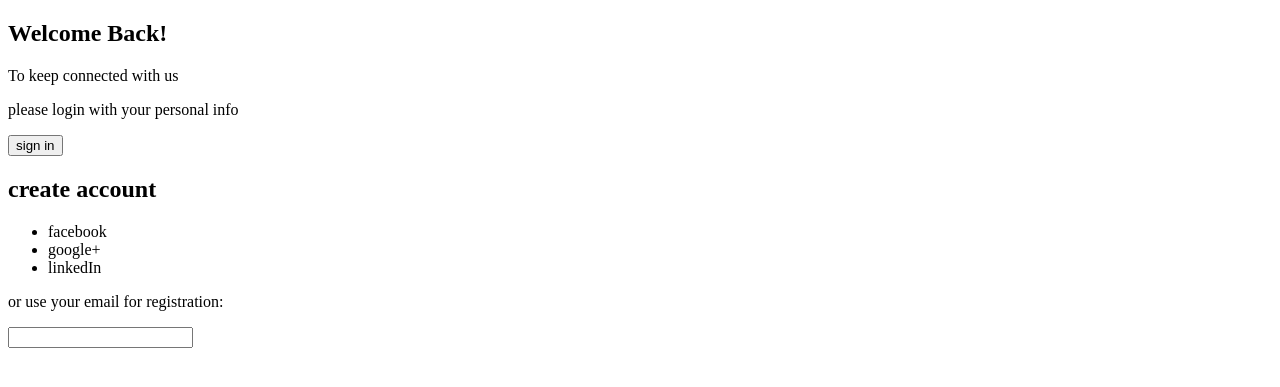
Repository: Gcodeco/ii9Telecom
Page: dist/public/login.html
These files come from the project's save history. The page is drawn as it stood at one moment and after the next save; the edit follows.
The browser window is 1280 px wide. The pictures show the whole page.

Above is the page before, as saved 2024-10-29 18:49:04.

### dist/public/login.html
<!DOCTYPE html>
<html lang="en">
<head>
    <meta charset="UTF-8">
    <meta name="viewport" content="width=device-width, initial-scale=1.0">
    <title>Document</title>
</head>
<body>
    <div class="container-login">
        <div class="content first content">
            <div class="first column">
                <h2 class="title">Welcome Back!</h2>
                <p class="description">To keep connected with us</p>
                <p class="description">please login with your personal info</p>
                <button class="btn">sign in</button>
            </div>
            <div class="second column"></div>
            <h2 class="title">create account</h2>
            <div class="social-media">
                <ul>
                    <li class="li"><a href="#"></a>facebook</li>
                    <li class="li"><a href="#"></a>google+</li>
                    <li class="li"><a href="#"></a>linkedIn</li>
                </ul>
            </div>
            <p class="description">or use your email for registration: </p>
            <form class="form">
                <input type="text">
            </form>
        </div>
        <div class="content second content"></div>
    </div>
</body>
</html>

After the next save:
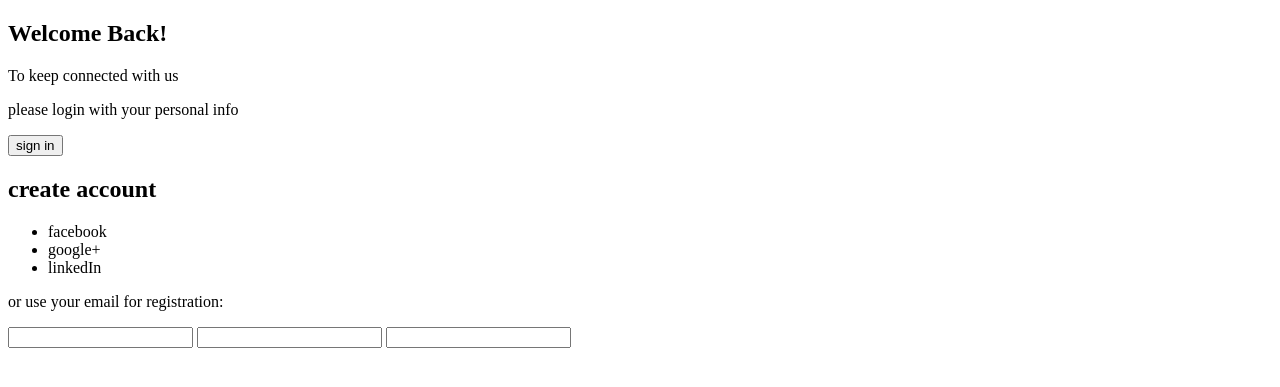
Saved 43 s later.
--- a/dist/public/login.html
+++ b/dist/public/login.html
@@ -26,6 +26,9 @@
             <p class="description">or use your email for registration: </p>
             <form class="form">
                 <input type="text">
+                <input type="text">
+                <input type="text">
+
             </form>
         </div>
         <div class="content second content"></div>
